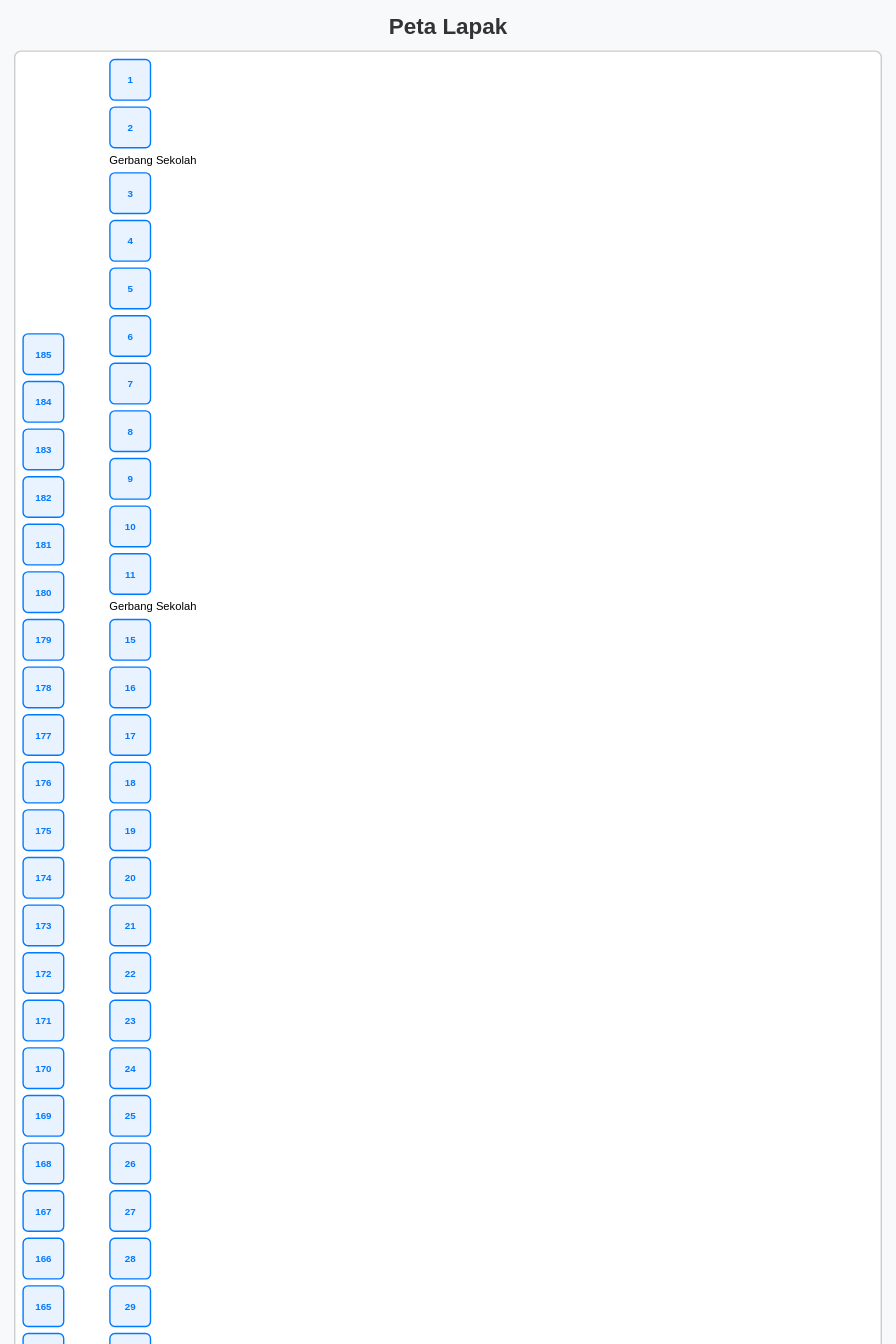
Repository: pasarrakyatbak/denah
Page: index.html
These files come from the project's save history. The page is drawn as it stood at one moment and after the next save; the edit follows.
The browser window is 1280 px wide. The pictures show the part of the page from y = 0 to 1920 px (the page is 7572 px tall before and 14769 px after), at 70% of full size.

Above is the page before, as saved 2025-09-19 08:12:58.

### index.html
<!DOCTYPE html>
<html lang="id">

<head>
    <meta charset="UTF-8">
    <meta name="viewport" content="width=device-width, initial-scale=1.0">
    <title>Peta Lapak</title>
    <link rel="stylesheet" href="style.css">
</head>

<body>
    <h1>Peta Lapak</h1>
    <div class="scroll-container">
        <div class="road-layout">
            <!-- Sisi kanan (baris atas) -->
            <div class="side right" id="right-side"></div>

            <!-- Jalan tengah -->
            <div class="road">JALAN</div>

            <!-- Sisi kiri (baris bawah) -->
            <div class="side left" id="left-side"></div>
        </div>
    </div>

    <script src="script.js"></script>
</body>

</html>

### style.css
/* Reset dasar */
* {
    margin: 0;
    padding: 0;
    box-sizing: border-box;
    font-family: Arial, sans-serif;
}

body {
    background: #f8f9fa;
    padding: 20px;
    text-align: center;
}

h1 {
    margin-bottom: 15px;
    color: #333;
}

/* Kontainer scroll vertikal */
.scroll-container {
    max-width: 100%;
    overflow-x: auto;
    border: 2px solid #ccc;
    border-radius: 10px;
    background: #fff;
    padding: 10px;
    white-space: nowrap;
}


/* Layout jalan */
.road-layout {
    display: flex;
    flex-direction: row;
    /* urut dari kiri ke kanan */
    align-items: flex-end;
    /* biar sisi kiri (nomor kecil) ada di bawah */
    gap: 15px;
}

/* Kolom sisi */
.side {
    display: flex;
    flex-direction: column;
    gap: 8px;
}


/* Jalan tengah */
.road {
    writing-mode: vertical-rl;
    text-orientation: mixed;
    font-weight: bold;
    background: #333;
    color: #fff;
    padding: 20px 8px;
    border-radius: 10px;
}

/* Kotak lapak */
.lapak {
    width: 60px;
    height: 60px;
    display: flex;
    align-items: center;
    justify-content: center;
    border: 2px solid #007bff;
    border-radius: 8px;
    background: #e9f2ff;
    font-size: 14px;
    font-weight: bold;
    color: #007bff;
}

/* Responsif tablet */
@media (max-width: 1024px) {
    .lapak {
        width: 50px;
        height: 50px;
        font-size: 12px;
    }
}

/* Responsif HP */
@media (max-width: 600px) {
    .road-layout {
        gap: 8px;
    }

    .lapak {
        width: 40px;
        height: 40px;
        font-size: 11px;
    }
}

### script.js
// Nomor lapak sisi kiri
const leftNumbers = [
    1, 2, 3, 4, 5, 6, 7, 8, 9, 10, 11,
    15, 16, 17, 18, 19, 20, 21, 22, 23, 24, 25, 26, 27, 28, 29, 30, 31, 32, 33, 34, 35, 36,
    37, 38, 39, 40, 41, 42, 43, 44, 45, 46, 47, 48, 49, 50, 51, 52, 53, 54, 55, 56, 57, 58, 59, 60,
    61, 62, 63, 64, 65, 66, 67, 68, 69, 70, 71, 72, 73, 74, 75, 76, 77, 78, 79, 80, 81, 82, 83, 84,
    85, 86, 87, 88, 89, 90, 91, 92, 93, 94, 95, 96, 97, 98, 99, 100, 101, 102, 103, 104,
    186, 187, 188, 189, 190, 191, 192, 193
];
// Nomor lapak sisi kanan (tetap sama daftarnya)
const rightNumbers = [
    194, 195, 196, 197, 198, 199, 200, 201, 202, 203, 204, 205, 206, 207, 208, 209, 210, 211, 212, 213,
    105, 106, 107, 108, 109, 110, 111, 112, 113, 114, 115, 116, 117, 118, 119, 120, 121, 122, 123, 124,
    125, 126, 127, 128, 129, 130, 131, 132, 133, 134, 135, 136, 137, 138,
    214, 215, 216,
    139, 140, 141, 142, 143, 144, 145, 146, 147, 148, 149, 150, 151, 152, 153, 154, 155, 156, 157, 158, 159, 160,
    161, 162, 163, 164, 165, 166, 167, 168, 169, 170, 171, 172, 173, 174, 175, 176, 177, 178, 179, 180,
    181, 182, 183, 184, 185
];

// Render sisi kanan dengan urutan dibalik
const rightSide = document.getElementById("right-side");
rightNumbers.slice().reverse().forEach(num => {
    const div = document.createElement("div");
    div.className = "lapak";
    div.textContent = num;
    rightSide.appendChild(div);
});

// Render sisi kiri
const leftSide = document.getElementById("left-side");
leftNumbers.forEach(num => {
    const div = document.createElement("div");
    div.className = "lapak";
    div.textContent = num;
    leftSide.appendChild(div);

    // Tambahkan tanda jalan setelah nomor 2
    if (num === 2) {
        const jalanGerbang = document.createElement("div");
        jalanGerbang.className = "jalan-gerbang";
        jalanGerbang.textContent = "Gerbang Sekolah";
        leftSide.appendChild(jalanGerbang);
    }

    // Tambahkan tanda jalan setelah nomor 11
    if (num === 11) {
        const jalanGerbang = document.createElement("div");
        jalanGerbang.className = "jalan-gerbang";
        jalanGerbang.textContent = "Gerbang Sekolah";
        leftSide.appendChild(jalanGerbang);
    }
});

After the next save:
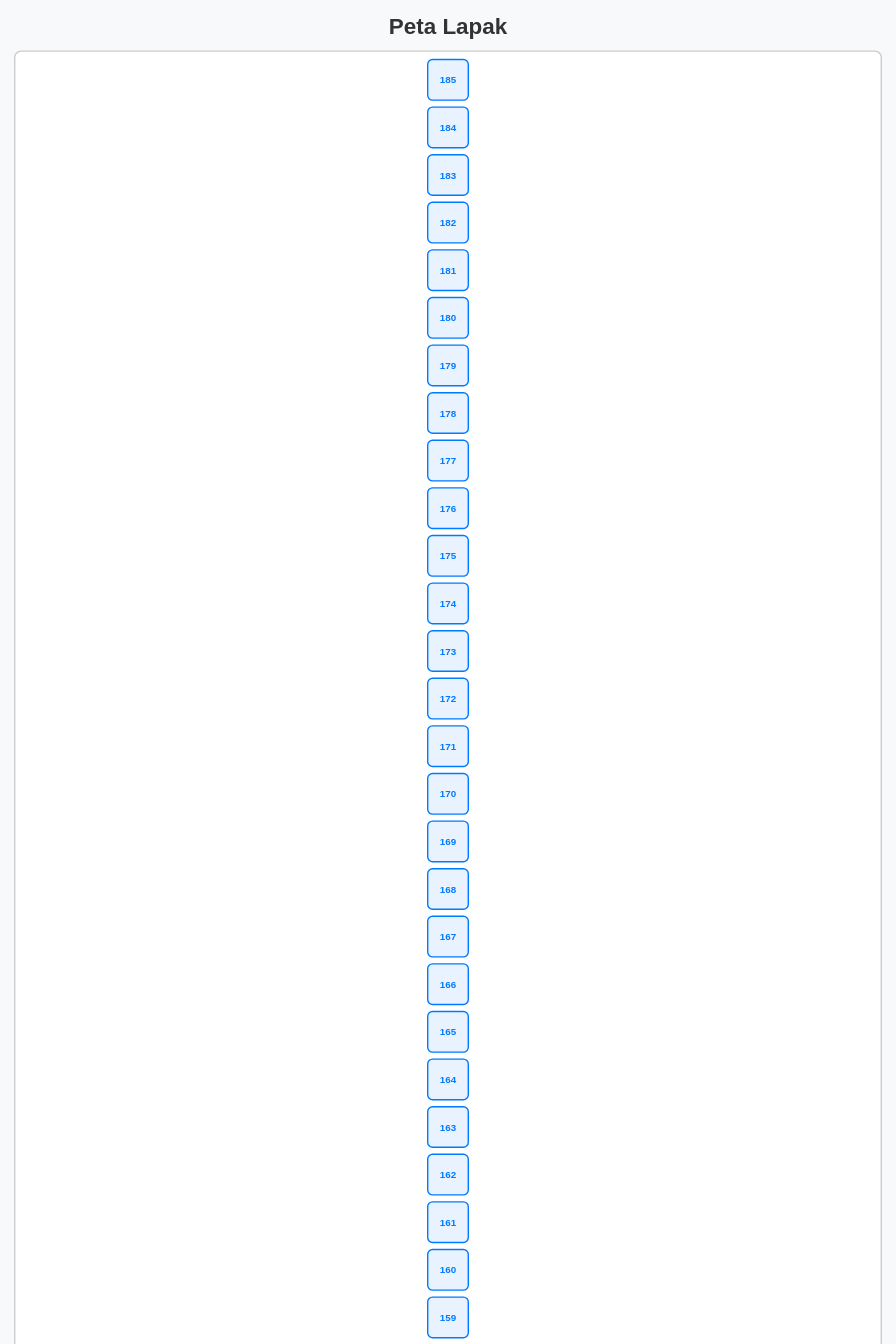
Saved 10 s later.
--- a/style.css
+++ b/style.css
@@ -32,11 +32,10 @@ h1 {
 /* Layout jalan */
 .road-layout {
     display: flex;
-    flex-direction: row;
-    /* urut dari kiri ke kanan */
-    align-items: flex-end;
-    /* biar sisi kiri (nomor kecil) ada di bawah */
-    gap: 15px;
+    flex-direction: column;
+    /* atas = kanan, bawah = kiri */
+    align-items: center;
+    gap: 20px;
 }
 
 /* Kolom sisi */
